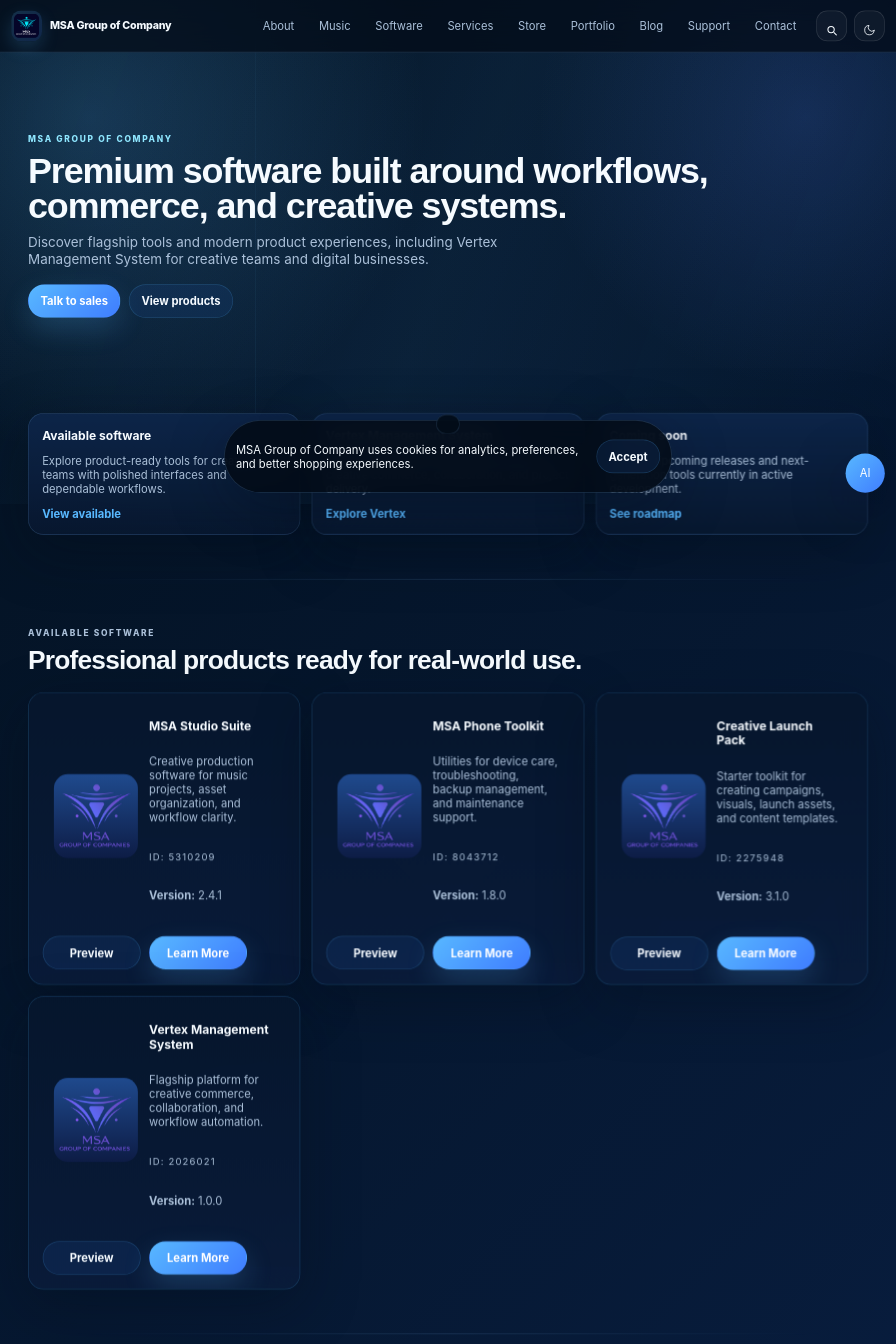
Repository: wifiasert/MSA-Group-of-Company
Page: software/index.html
An editor plug-in stored every save of this project. The page is shown before and after the next save, followed by the edit.
The browser window is 1280 px wide. The pictures show the part of the page from y = 0 to 1920 px (the page is 4200 px tall before and 1948 px after), at 70% of full size.

Above is the page before, as saved 2026-07-18 04:50:18.

### software/index.html
<!doctype html>
<html lang="en">
<head>
  <meta charset="utf-8">
  <meta name="viewport" content="width=device-width, initial-scale=1">
  <title>MSA Group of Company | Software</title>
  <meta name="robots" content="index, follow">
  <meta name="keywords" content="software company, digital agency, AI solutions, web development, mobile app development, automation, branding, music production, Ghana software company, global software company">
  <link rel="canonical" href="https://msagroupofcompanies.online/software/">
  <link rel="shortlink" href="https://msagroupofcompanies.online/software/">
  <meta property="og:locale" content="en_US">
  <meta property="og:site_name" content="MSA Group of Company">
  <meta property="og:type" content="website">
  <meta property="og:title" content="MSA Group of Company | Software">
  <meta property="og:description" content="Browse MSA Group of Company software products for music, creators, devices, and business workflows.">
  <meta property="og:url" content="https://msagroupofcompanies.online/software/">
  <meta property="og:image" content="https://msagroupofcompanies.online/assets/og-preview.png">
  <meta property="og:image:alt" content="MSA Group of Company digital services and creative technology">
  <meta name="twitter:card" content="summary_large_image">
  <meta name="twitter:title" content="MSA Group of Company | Software">
  <meta name="twitter:description" content="Browse MSA Group of Company software products for music, creators, devices, and business workflows.">
  <meta name="twitter:image" content="https://msagroupofcompanies.online/assets/og-preview.png">
  <meta name="author" content="MSA Group of Company">
  <meta name="publisher" content="MSA Group of Company">
  <link rel="apple-touch-icon" href="https://msagroupofcompanies.online/assets/favicon.svg">
  <link rel="manifest" href="../manifest.webmanifest">

  <meta name="description" content="Browse MSA Group of Company software products for music, creators, devices, and business workflows.">
  <meta name="theme-color" content="#060816">
  <link rel="icon" href="../assets/favicon.svg" type="image/svg+xml">
  <link rel="stylesheet" href="../styles.css">
  <script type="application/ld+json">
{
  "@context": "https://schema.org",
  "@graph": [
    {
      "@type": [
        "Organization",
        "ProfessionalService",
        "LocalBusiness"
      ],
      "@id": "https://msagroupofcompanies.online/#organization",
      "name": "MSA Group of Company",
      "url": "https://msagroupofcompanies.online/",
      "logo": "https://msagroupofcompanies.online/assets/favicon.svg",
      "sameAs": [
        "https://www.linkedin.com/",
        "https://www.instagram.com/",
        "https://www.youtube.com/",
        "https://www.tiktok.com/",
        "https://twitter.com/"
      ],
      "description": "MSA Group of Company delivers music, software, creative production, branding, and technology solutions for artists, startups, and businesses worldwide.",
      "contactPoint": [
        {
          "@type": "ContactPoint",
          "contactType": "customer support",
          "email": "hello@msa.company",
          "areaServed": [
            "GH",
            "US",
            "GB",
            "CA"
          ],
          "availableLanguage": [
            "English"
          ]
        }
      ],
      "address": {
        "@type": "PostalAddress",
        "addressCountry": "GH",
        "addressLocality": "Accra",
        "addressRegion": "Greater Accra"
      }
    },
    {
      "@type": "WebSite",
      "@id": "https://msagroupofcompanies.online/#website",
      "url": "https://msagroupofcompanies.online/",
      "name": "MSA Group of Company",
      "publisher": {
        "@id": "https://msagroupofcompanies.online/#organization"
      }
    },
    {
      "@type": "WebPage",
      "@id": "https://msagroupofcompanies.online/software/#webpage",
      "url": "https://msagroupofcompanies.online/software/",
      "name": "MSA Group of Company | Software",
      "description": "Browse MSA Group of Company software products for music, creators, devices, and business workflows.",
      "inLanguage": "en",
      "isPartOf": {
        "@id": "https://msagroupofcompanies.online/#website"
      },
      "breadcrumb": {
        "@id": "https://msagroupofcompanies.online/software/#breadcrumb"
      }
    },
    {
      "@type": "BreadcrumbList",
      "@id": "https://msagroupofcompanies.online/software/#breadcrumb",
      "itemListElement": [
        {
          "@type": "ListItem",
          "position": 1,
          "name": "Home",
          "item": "https://msagroupofcompanies.online/"
        },
        {
          "@type": "ListItem",
          "position": 2,
          "name": "Software",
          "item": "https://msagroupofcompanies.online/software"
        }
      ]
    },
    {
      "@type": "OfferCatalog",
      "name": "MSA Group of Company services",
      "itemListElement": [
        {
          "@type": "OfferCatalog",
          "name": "Website Development",
          "itemListElement": [
            {
              "@type": "Offer",
              "itemOffered": {
                "@type": "Service",
                "name": "Website Development"
              }
            }
          ]
        },
        {
          "@type": "OfferCatalog",
          "name": "Brand Identity",
          "itemListElement": [
            {
              "@type": "Offer",
              "itemOffered": {
                "@type": "Service",
                "name": "Brand Identity"
              }
            }
          ]
        },
        {
          "@type": "OfferCatalog",
          "name": "Music Production",
          "itemListElement": [
            {
              "@type": "Offer",
              "itemOffered": {
                "@type": "Service",
                "name": "Music Production"
              }
            }
          ]
        },
        {
          "@type": "OfferCatalog",
          "name": "Software Development",
          "itemListElement": [
            {
              "@type": "Offer",
              "itemOffered": {
                "@type": "Service",
                "name": "Software Development"
              }
            }
          ]
        },
        {
          "@type": "OfferCatalog",
          "name": "Digital Marketing",
          "itemListElement": [
            {
              "@type": "Offer",
              "itemOffered": {
                "@type": "Service",
                "name": "Digital Marketing"
              }
            }
          ]
        },
        {
          "@type": "OfferCatalog",
          "name": "Technology Solutions",
          "itemListElement": [
            {
              "@type": "Offer",
              "itemOffered": {
                "@type": "Service",
                "name": "Technology Solutions"
              }
            }
          ]
        },
        {
          "@type": "OfferCatalog",
          "name": "Music Distribution",
          "itemListElement": [
            {
              "@type": "Offer",
              "itemOffered": {
                "@type": "Service",
                "name": "Music Distribution"
              }
            }
          ]
        },
        {
          "@type": "OfferCatalog",
          "name": "Publishing Services",
          "itemListElement": [
            {
              "@type": "Offer",
              "itemOffered": {
                "@type": "Service",
                "name": "Publishing Services"
              }
            }
          ]
        },
        {
          "@type": "OfferCatalog",
          "name": "Artist Services",
          "itemListElement": [
            {
              "@type": "Offer",
              "itemOffered": {
                "@type": "Service",
                "name": "Artist Services"
              }
            }
          ]
        },
        {
          "@type": "OfferCatalog",
          "name": "Record Label Services",
          "itemListElement": [
            {
              "@type": "Offer",
              "itemOffered": {
                "@type": "Service",
                "name": "Record Label Services"
              }
            }
          ]
        },
        {
          "@type": "OfferCatalog",
          "name": "App Development",
          "itemListElement": [
            {
              "@type": "Offer",
              "itemOffered": {
                "@type": "Service",
                "name": "App Development"
              }
            }
          ]
        },
        {
          "@type": "OfferCatalog",
          "name": "Business Automation",
          "itemListElement": [
            {
              "@type": "Offer",
              "itemOffered": {
                "@type": "Service",
                "name": "Business Automation"
              }
            }
          ]
        }
      ]
    }
  ]
}
  </script>
</head>
<body>
  <div class="loader" id="loader"><span>MSA</span></div>
  <a class="skip-link" href="#main">Skip to content</a>
  <header class="site-header">
    <nav class="nav-shell" aria-label="Primary navigation">
      <a class="brand" href="../" aria-label="MSA Group of Company home"><img class="brand-logo" src="../images/logo%20n%20copy.jpg" alt="MSA Group of Company logo"><span class="brand-text">MSA Group of Company</span></a>
      <button class="icon-button nav-toggle" type="button" aria-label="Open navigation" aria-expanded="false">☰</button>
      <div class="nav-links" id="navLinks">
        <div class="nav-item"><a href="../about/">About</a></div>
        <div class="nav-item"><a href="../music/">Music</a><div class="submenu"><a href="../music/record-label/">Record Label</a><a href="../music/distribution/">Distribution</a><a href="../music/publishing/">Publishing</a><a href="../music/artist-services/">Artist Services</a></div></div>
        <div class="nav-item"><a href="../software/">Software</a><div class="submenu"><a href="../software/available/">Available</a><a href="../software/coming-soon/">Coming Soon</a></div></div>
        <div class="nav-item"><a href="../services/">Services</a></div>
        <div class="nav-item"><a href="../store/">Store</a></div>
        <div class="nav-item"><a href="../portfolio/">Portfolio</a></div>
        <div class="nav-item"><a href="../blog/">Blog</a></div>
        <div class="nav-item"><a href="../support/">Support</a></div>
        <div class="nav-item"><a href="../contact/">Contact</a></div>
      </div>
      <div class="nav-actions"><button class="icon-button" id="searchOpen" type="button" aria-label="Open search">⌕</button><button class="icon-button" id="themeToggle" type="button" aria-label="Toggle theme">◐</button></div>
    </nav>
  </header>
  <main id="main">
    <section class="page-hero reveal">
      <div class="hero-content">
        <p class="eyebrow">MSA Group of Company</p>
        <h1>Premium software built around workflows, commerce, and creative systems.</h1>
        <p class="hero-copy">Discover flagship tools and modern product experiences, including Vertex Management System for creative teams and digital businesses.</p>
        <div class="hero-actions"><a class="primary-button" href="../contact/">Talk to sales</a><a class="secondary-button" href="../software/available/">View products</a></div>
      </div>
    </section>
    <section class="section reveal"><div class="card-grid"><article class="glass-card"><h3>Available software</h3><p>Explore product-ready tools for creators and teams with polished interfaces and dependable workflows.</p><a class="inline-link" href="../software/available/">View available</a></article><article class="glass-card"><h3>Vertex Management System</h3><p>Flagship operations software to connect creative commerce, collaboration, and project delivery.</p><a class="inline-link" href="../software/available/#vertex-management">Explore Vertex</a></article><article class="glass-card"><h3>Coming soon</h3><p>Preview upcoming releases and next-generation tools currently in active development.</p><a class="inline-link" href="../software/coming-soon/">See roadmap</a></article></div></section>
    <section class="section reveal">
      <div class="section-heading"><p class="eyebrow">Available software</p><h2>Professional products ready for real-world use.</h2></div>
      <div class="card-grid">
        <article class="glass-card product-card">
          <a class="product-link" href="#product-5310209">
            <div class="product-image"><img loading="lazy" src="../images/image2/vk%20copy.png" alt="MSA Studio Suite preview"></div>
            <div class="product-copy"><h3>MSA Studio Suite</h3><p>Creative production software for music projects, asset organization, and workflow clarity.</p><p class="product-code">ID: 5310209</p><p><strong>Version:</strong> 2.4.1</p></div>
          </a>
          <div class="hero-actions"><a class="secondary-button" href="#product-5310209">Preview</a><a class="primary-button" href="../software/available/#studio-suite">Learn More</a></div>
        </article>
        <article class="glass-card product-card">
          <a class="product-link" href="#product-8043712">
            <div class="product-image"><img loading="lazy" src="../images/image2/vk%20copy.png" alt="MSA Phone Toolkit preview"></div>
            <div class="product-copy"><h3>MSA Phone Toolkit</h3><p>Utilities for device care, troubleshooting, backup management, and maintenance support.</p><p class="product-code">ID: 8043712</p><p><strong>Version:</strong> 1.8.0</p></div>
          </a>
          <div class="hero-actions"><a class="secondary-button" href="#product-8043712">Preview</a><a class="primary-button" href="../software/available/#phone-toolkit">Learn More</a></div>
        </article>
        <article class="glass-card product-card">
          <a class="product-link" href="#product-2275948">
            <div class="product-image"><img loading="lazy" src="../images/image2/vk%20copy.png" alt="Creative Launch Pack preview"></div>
            <div class="product-copy"><h3>Creative Launch Pack</h3><p>Starter toolkit for creating campaigns, visuals, launch assets, and content templates.</p><p class="product-code">ID: 2275948</p><p><strong>Version:</strong> 3.1.0</p></div>
          </a>
          <div class="hero-actions"><a class="secondary-button" href="#product-2275948">Preview</a><a class="primary-button" href="../software/available/#launch-pack">Learn More</a></div>
        </article>
        <article class="glass-card product-card">
          <a class="product-link" href="#product-vertex">
            <div class="product-image"><img loading="lazy" src="../images/image2/vk%20copy.png" alt="Vertex Management System preview"></div>
            <div class="product-copy"><h3>Vertex Management System</h3><p>Flagship platform for creative commerce, collaboration, and workflow automation.</p><p class="product-code">ID: 2026021</p><p><strong>Version:</strong> 1.0.0</p></div>
          </a>
          <div class="hero-actions"><a class="secondary-button" href="#product-vertex">Preview</a><a class="primary-button" href="../software/available/vertex-management-system/">Learn More</a></div>
        </article>
      </div>
    </section>
    <section class="section reveal">
      <div class="section-heading"><p class="eyebrow">Product previews</p><h2>Learn more about each software package.</h2></div>
      <div class="card-grid">
        <article class="glass-card" id="product-5310209">
          <div class="product-link">
            <div class="product-image"><img loading="lazy" src="../images/image2/vk%20copy.png" alt="MSA Studio Suite preview"></div>

    <section class="section reveal">
      <div class="section-heading"><p class="eyebrow">Coming soon</p><h2>Beautiful placeholders for future releases.</h2></div>
      <div class="card-grid">
        <article class="glass-card"><span class="chip">Coming Soon</span><h3>MSA Cloud Desk</h3><p>A collaborative workspace for campaigns, support, and team operations.</p></article>
        <article class="glass-card"><span class="chip">Beta</span><h3>MSA AI Label OS</h3><p>Intelligent label operations with release planning, insights, and automation.</p></article>
        <article class="glass-card"><span class="chip">In Development</span><h3>PC Performance Pro</h3><p>High-performance desktop utilities for creators and business systems.</p></article>
      </div>
    </section>
  </main>
  <footer class="site-footer"><div><a class="brand" href="../" aria-label="MSA Group of Company home"><img class="brand-logo" src="../images/logo%20n%20copy.jpg" alt="MSA Group of Company logo"><span class="brand-text">MSA Group of Company</span></a><p>Music, software, creative production, digital commerce, and technology solutions.</p></div><form class="newsletter" data-form="newsletter"><label>Newsletter<input required type="email" placeholder="Email address"></label><button class="secondary-button" type="submit">Subscribe</button></form></footer>
  <dialog class="modal" id="searchModal"><button class="icon-button close-modal" data-close type="button">×</button><h2>Search MSA Group of Company</h2><input id="siteSearch" placeholder="Search services, products, support, blog..."><div id="searchResults" class="search-results"></div></dialog>
  <div class="chatbot" id="chatbot"><button class="chat-toggle" id="chatToggle" type="button">AI</button><div class="chat-window" aria-live="polite"><strong>MSA AI Support</strong><div id="chatLog"><p>Ask about software, music submissions, orders, or services.</p></div><form id="chatForm"><input id="chatInput" placeholder="Type a question..."><button type="submit">Send</button></form></div></div>
  <div class="cookie" id="cookieBanner"><p>MSA Group of Company uses cookies for analytics, preferences, and better shopping experiences.</p><button class="secondary-button" id="cookieAccept" type="button">Accept</button></div>
  <div class="toast" id="toast" role="status" aria-live="polite"></div>
  <script src="../app.js"></script>
</body>
</html>

Loaded but not shown: app.js (337 lines, source omitted); styles.css (433 lines, source omitted)

After the next save:
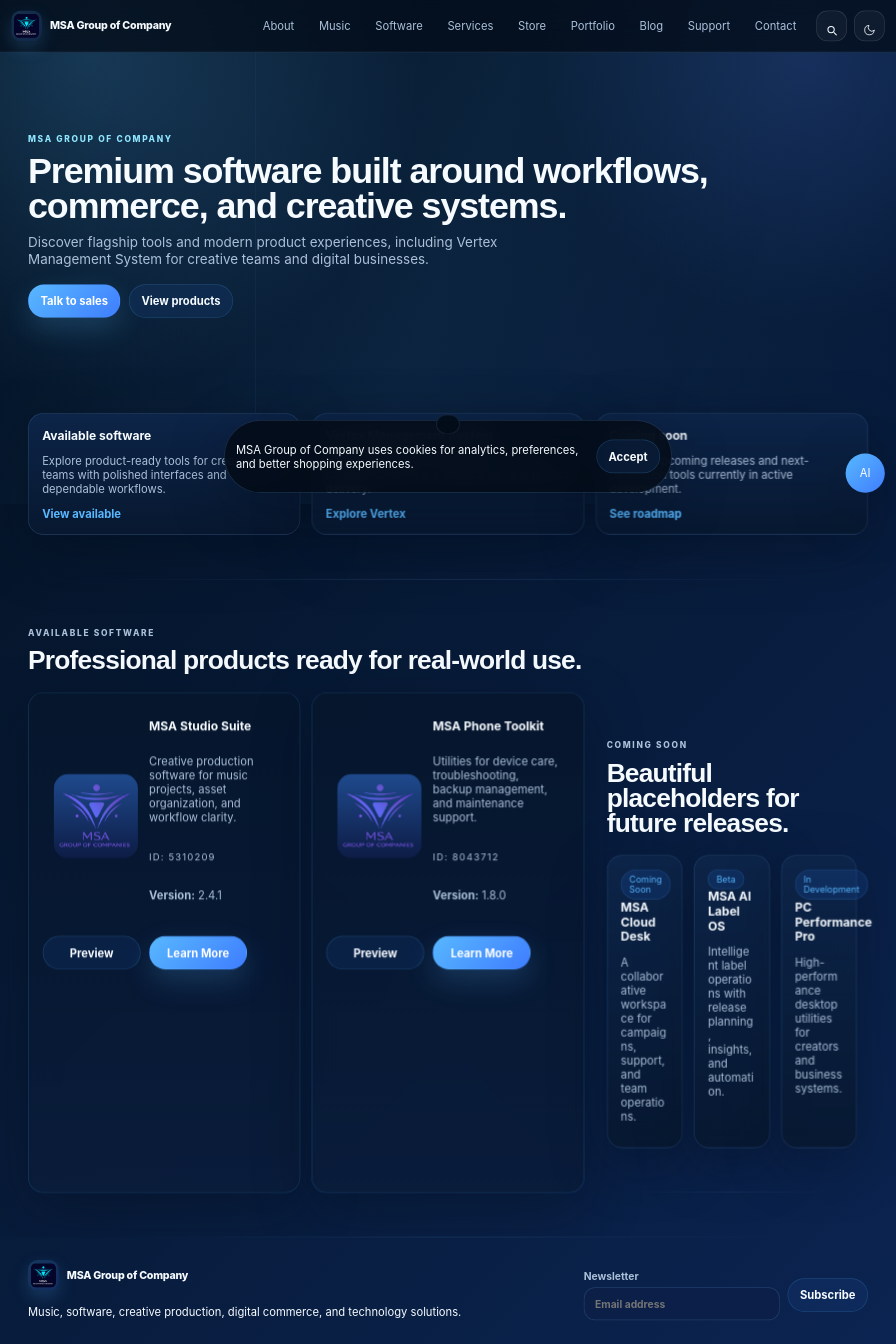
Saved 5 s later.
--- a/software/index.html
+++ b/software/index.html
@@ -329,29 +329,7 @@
           </a>
           <div class="hero-actions"><a class="secondary-button" href="#product-8043712">Preview</a><a class="primary-button" href="../software/available/#phone-toolkit">Learn More</a></div>
         </article>
-        <article class="glass-card product-card">
-          <a class="product-link" href="#product-2275948">
-            <div class="product-image"><img loading="lazy" src="../images/image2/vk%20copy.png" alt="Creative Launch Pack preview"></div>
-            <div class="product-copy"><h3>Creative Launch Pack</h3><p>Starter toolkit for creating campaigns, visuals, launch assets, and content templates.</p><p class="product-code">ID: 2275948</p><p><strong>Version:</strong> 3.1.0</p></div>
-          </a>
-          <div class="hero-actions"><a class="secondary-button" href="#product-2275948">Preview</a><a class="primary-button" href="../software/available/#launch-pack">Learn More</a></div>
-        </article>
-        <article class="glass-card product-card">
-          <a class="product-link" href="#product-vertex">
-            <div class="product-image"><img loading="lazy" src="../images/image2/vk%20copy.png" alt="Vertex Management System preview"></div>
-            <div class="product-copy"><h3>Vertex Management System</h3><p>Flagship platform for creative commerce, collaboration, and workflow automation.</p><p class="product-code">ID: 2026021</p><p><strong>Version:</strong> 1.0.0</p></div>
-          </a>
-          <div class="hero-actions"><a class="secondary-button" href="#product-vertex">Preview</a><a class="primary-button" href="../software/available/vertex-management-system/">Learn More</a></div>
-        </article>
-      </div>
-    </section>
-    <section class="section reveal">
-      <div class="section-heading"><p class="eyebrow">Product previews</p><h2>Learn more about each software package.</h2></div>
-      <div class="card-grid">
-        <article class="glass-card" id="product-5310209">
-          <div class="product-link">
-            <div class="product-image"><img loading="lazy" src="../images/image2/vk%20copy.png" alt="MSA Studio Suite preview"></div>
-
+        <art
     <section class="section reveal">
       <div class="section-heading"><p class="eyebrow">Coming soon</p><h2>Beautiful placeholders for future releases.</h2></div>
       <div class="card-grid">
